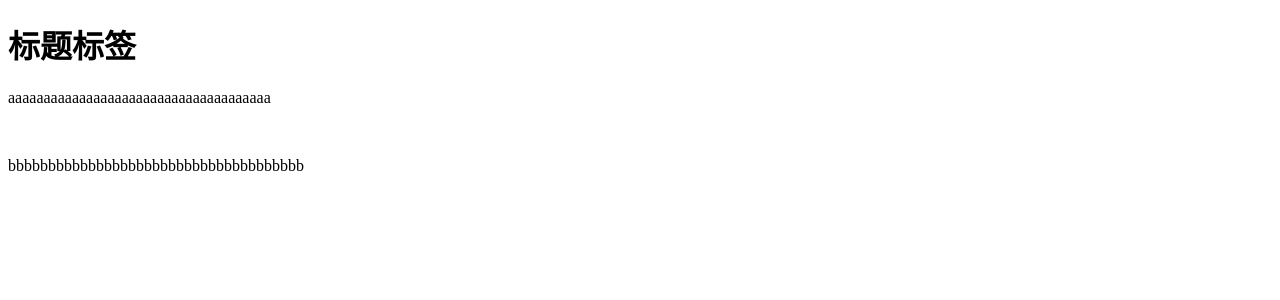
Repository: Qwenicq/My_project
Page: html/vscode_frist.htm
These files come from the project's save history. The page is drawn as it stood at one moment and after the next save; the edit follows.
The browser window is 1280 px wide. The pictures show the whole page.

Above is the page before, as saved 2023-03-27 21:16:06.

### html/vscode_frist.htm
<!DOCTYPE html>
<html lang="zh-CN">
<head>
    <meta charset="UTF-8">
    <meta http-equiv="X-UA-Compatible" content="IE=edge">
    <meta name="viewport" content="width=device-width, initial-scale=1.0">
    <title>Document</title>
</head>
<body>
    <h1>标题标签</h1>
    <p>aaaaaaaaaaaaaaaaaaaaaaaaaaaaaaaaaaaaa</p>
    <br />
    <p>bbbbbbbbbbbbbbbbbbbbbbbbbbbbbbbbbbbbb</p>
</body>
</html>

After the next save:
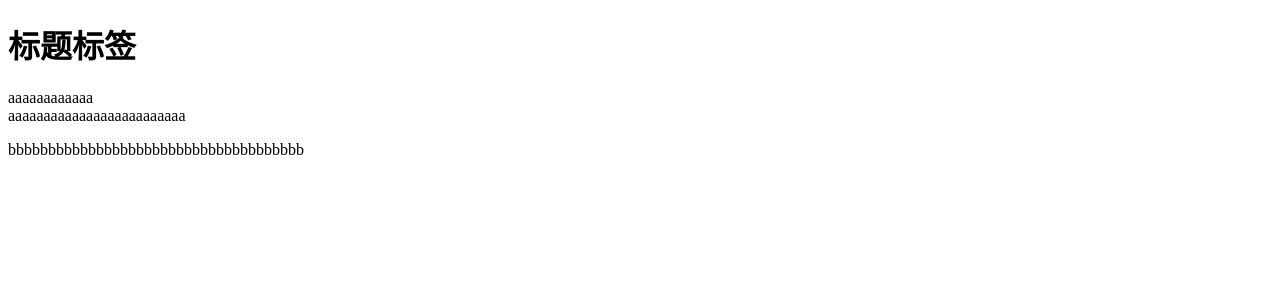
Saved 27 s later.
--- a/html/vscode_frist.htm
+++ b/html/vscode_frist.htm
@@ -8,8 +8,8 @@
 </head>
 <body>
     <h1>标题标签</h1>
-    <p>aaaaaaaaaaaaaaaaaaaaaaaaaaaaaaaaaaaaa</p>
-    <br />
+    <p>aaaaaaaaaaaa<br />aaaaaaaaaaaaaaaaaaaaaaaaa</p>
+
     <p>bbbbbbbbbbbbbbbbbbbbbbbbbbbbbbbbbbbbb</p>
 </body>
 </html>
